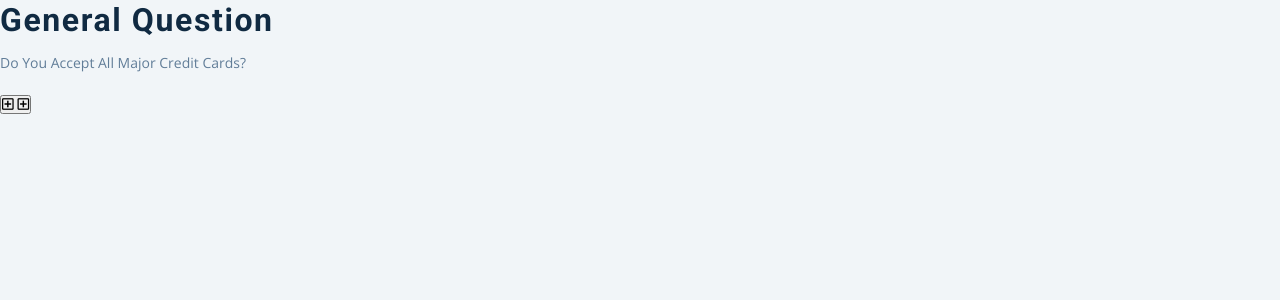
Repository: OmniaRafat232111121/projects-js
Page: questions/index.html
The author's editor kept a copy of each file at every save. The page is drawn from the files as they stood at one save, then again after the next save.
The browser window is 1280 px wide. The pictures show the whole page.
Some web libraries are served in a nearby version.

Above is the page before, as saved 2023-01-02 22:04:23.

After the next save:
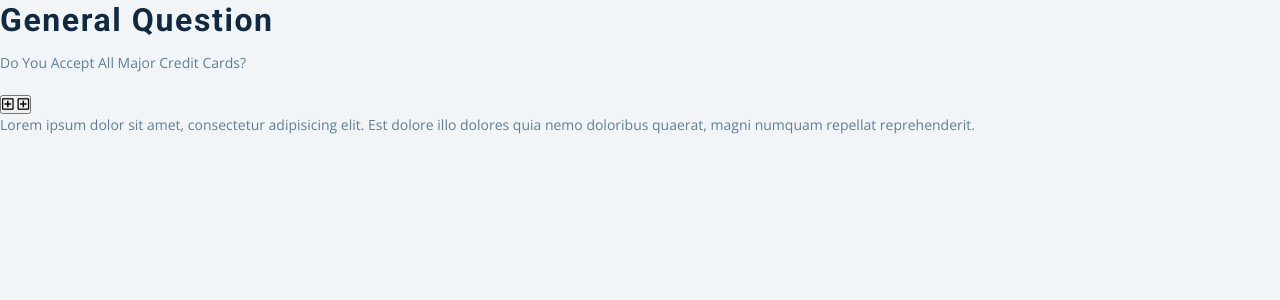
Saved 22 s later.
--- a/questions/index.html
+++ b/questions/index.html
@@ -36,6 +36,13 @@
          </button>
 
         </div>
+         <div class="question-text">
+              <p>
+                Lorem ipsum dolor sit amet, consectetur adipisicing elit. Est
+                dolore illo dolores quia nemo doloribus quaerat, magni numquam
+                repellat reprehenderit.
+              </p>
+            </div>
 
     </article>
 
